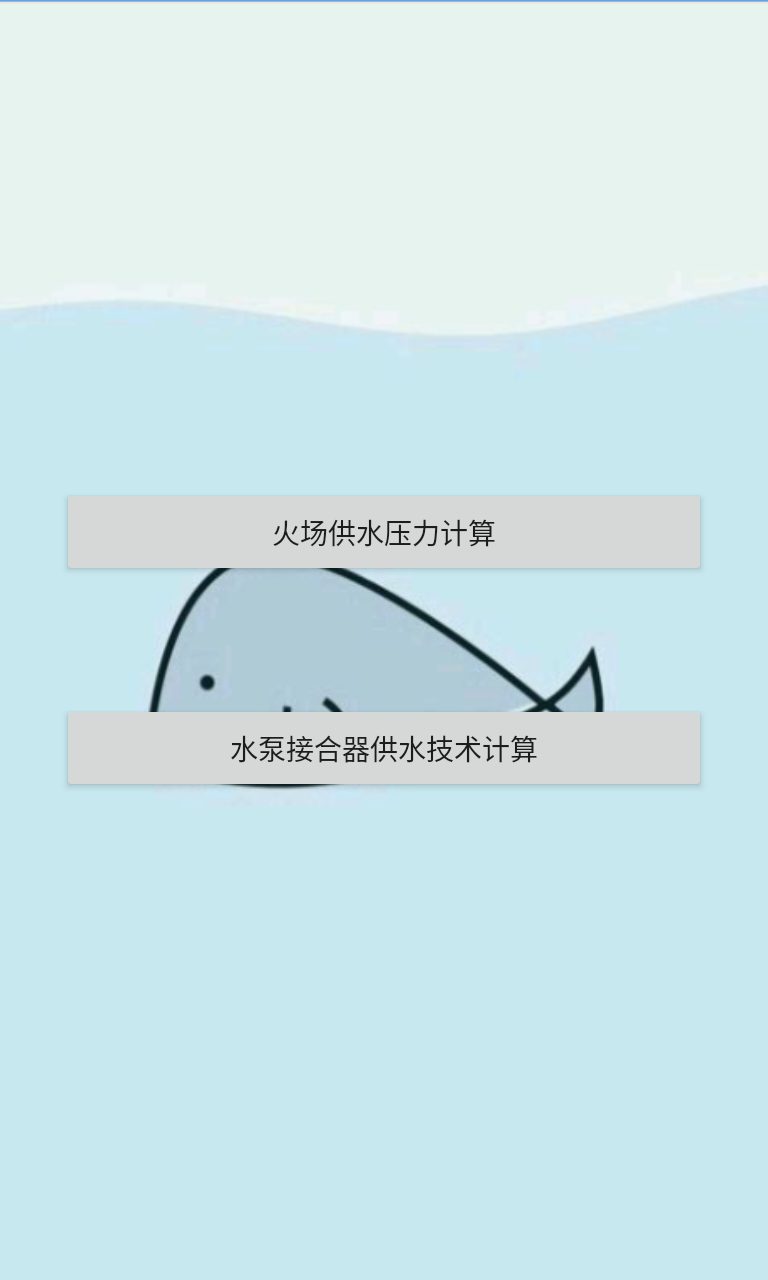
Repository: hohoTT/fireWork_handle_app
Layout: fireWork_handle_app/res/layout/water_power.xml
These files come from the project's save history. The layout is drawn as it stood at one moment and after the next save; the edit follows.
It is drawn on a 768 x 1280 px phone screen (xhdpi) without system bars, with theme AppTheme; the app's code is not run.

Above is the layout before, as saved 2016-03-06 11:56:02.

### fireWork_handle_app/res/layout/water_power.xml
<?xml version="1.0" encoding="utf-8"?>
<LinearLayout xmlns:android="http://schemas.android.com/apk/res/android"
    android:layout_width="match_parent"
    android:layout_height="match_parent"
    android:gravity="center_vertical"
    android:orientation="vertical"
    android:background="@drawable/bg1" >

	<Button
        android:id="@+id/btu_water_power_fire"
	    android:layout_width="match_parent"
	    android:layout_height="wrap_content"
	    android:layout_margin="30dp"
	    android:text="@string/water_power_fire" />

    <Button
        android:id="@+id/btu_water_power_pump"
	    android:layout_width="match_parent"
	    android:layout_height="wrap_content"
	    android:layout_margin="30dp"
	    android:text="@string/water_power_pump" />


</LinearLayout>

### fireWork_handle_app/res/values/strings.xml
<?xml version="1.0" encoding="utf-8"?>
<resources>

    <string name="app_name">fireWork_handle_app</string>
    <string name="fire_calculate">现场计算</string>
    <string name="fire_agent">火灾剂用量计算</string>
    <string name="fire_plan">火灾预案</string>
    <string name="normal_fire">一般火灾计算</string>
    <string name="normal_fire_result">一般火灾用水量计算结果</string>
    <string name="oilcan_fire">油罐火灾情况下的计算</string>
    <string name="olican_fire_water">冷却用水量计算</string>
    <string name="olican_fire_foam">泡沫用量计算</string>
    <string name="olican_fire_water_result">该油罐火灾用水量计算结果</string>
    <string name="oilcan_fire_foam_result">该油罐火灾泡沫用量计算结果</string>
    <string name="water_power">供水压力计算</string>
    <string name="water_power_fire">火场供水压力计算</string>
    <string name="water_power_pump">水泵接合器供水技术计算</string>
    <string name="water_power_fire_building">建筑火灾供水压力计算</string>
    <string name="water_power_fire_building_result">建筑火灾火场供水压力计算结果</string>
    <string name="water_power_fire_oilcan">油罐火灾供水压力计算</string>
    <string name="water_power_fire_oilcan_result">油罐火灾供水压力计算结果</string>
    <string name="water_power_pump_low">建高小于50米的供水压力计算</string>
    <string name="water_power_pump_low_result">建高小于50米的供水压力计算结果</string>
    <string name="water_power_pump_high">建高高于50米的供水压力计算</string>
    <string name="water_power_pump_high_result">建高高于50米的供水压力计算结果</string>


    <string name="btu_water_power">供水压力计算</string>
    <string name="btu_oilcan_fire">油罐火灾计算</string>
    <string name="fire_area">请输入过火面积</string>
    <string name="olican_diameter">请输入油罐直径</string>
    <string name="text_olican_type">请选择您需要计算的油罐类型:</string>
    <string name="olican_type_fixed">固定顶油罐</string>
    <string name="olican_type_drift">浮顶油罐</string>
    <string name="olican_fire_foam_area">请输入油罐的燃烧面积</string>
    <string name="olican_fire_foam_flow">请输入流量</string>
    <string name="water_power_fire_building_count_feeder">请输入一条干线支线的数量</string>
    <string name="water_power_fire_building_count_groundline_band">请输入一条干线水带数量</string>
    <string name="water_power_fire_building_count_feeder_band">请输入一条支线水带数量</string>
    <string name="water_power_fire_building_height">请输入高度差</string>

    <string name="water_power_fire_oilcan_count_feeder">请输入一条干线支线的数量</string>
    <string name="water_power_fire_oilcan_count_groundline_band">请输入一条干线水带数量</string>
    <string name="water_power_fire_oilcan_count_feeder_band">请输入一条支线水带数量</string>
    <string name="water_power_fire_oilcan_height">请输入高度差</string>
    <string name="water_power_pump_low_height">请输入建筑高度(小于50米)</string>
    <string name="water_power_pump_high_height">请输入建筑高度(大于50米)</string>



    <string name="text_water">一般火灾中每秒的用水量为 : </string>
    <string name="text_fire_time">10吨消防车可持续灭火的时间为 : </string>
    <string name="text_oilcan_fire_water">该油罐火灾中每秒的用水量为 : </string>
    <string name="text_oilcan_fire_foam_water">该油罐火灾中水的用量为 : </string>
    <string name="text_oilcan_fire_form_stoste">该油罐火灾中泡沫原液的用量为 : </string>
    <string name="text_water_power_fire_building_65">65mm水带建筑火灾的供水压力为 : </string>
    <string name="text_water_power_fire_building_80">80mm水带建筑火灾的供水压力为 : </string>
    <string name="text_water_power_fire_oilcan_65">65mm水带油罐火灾的供水压力为 : </string>
    <string name="text_water_power_fire_oilcan_80">80mm水带油罐火灾的供水压力为 :</string>
    <string name="test_water_power_pump_low_height">该建筑高度下的供水压力为 :</string>
    <string name="test_water_power_pump_high_height">该建筑高度下的供水压力为 :</string>


    <string name="btn_send">提交</string>

    <string name="hello_world">Hello world!</string>
    <string name="action_settings">Settings</string>





</resources>

### fireWork_handle_app/res/drawable/shape_one.xml
<?xml version="1.0" encoding="utf-8"?>
<shape
    xmlns:android="http://schemas.android.com/apk/res/android"

  android:shape="oval">

    <!-- 填充的颜色 -->

    <solid android:color="#EED5B7"/>

     <!-- 设置按钮的四个角为弧形 -->

     <!-- android:radius 弧形的半径 -->

     <corners android:radius="360dip"/>



     <!-- padding: Button 里面的文字与Button边界的间隔 -->

     <padding

        android:left="10dp"

        android:top="10dp"

        android:right="10dp"

        android:bottom="10dp"

     />

</shape>

Loaded but not shown: fireWork_handle_app/res/values/styles.xml (common file); fireWork_handle_app/res/values-v11/styles.xml (common file); fireWork_handle_app/res/values-v14/styles.xml (common file)

After the next save:
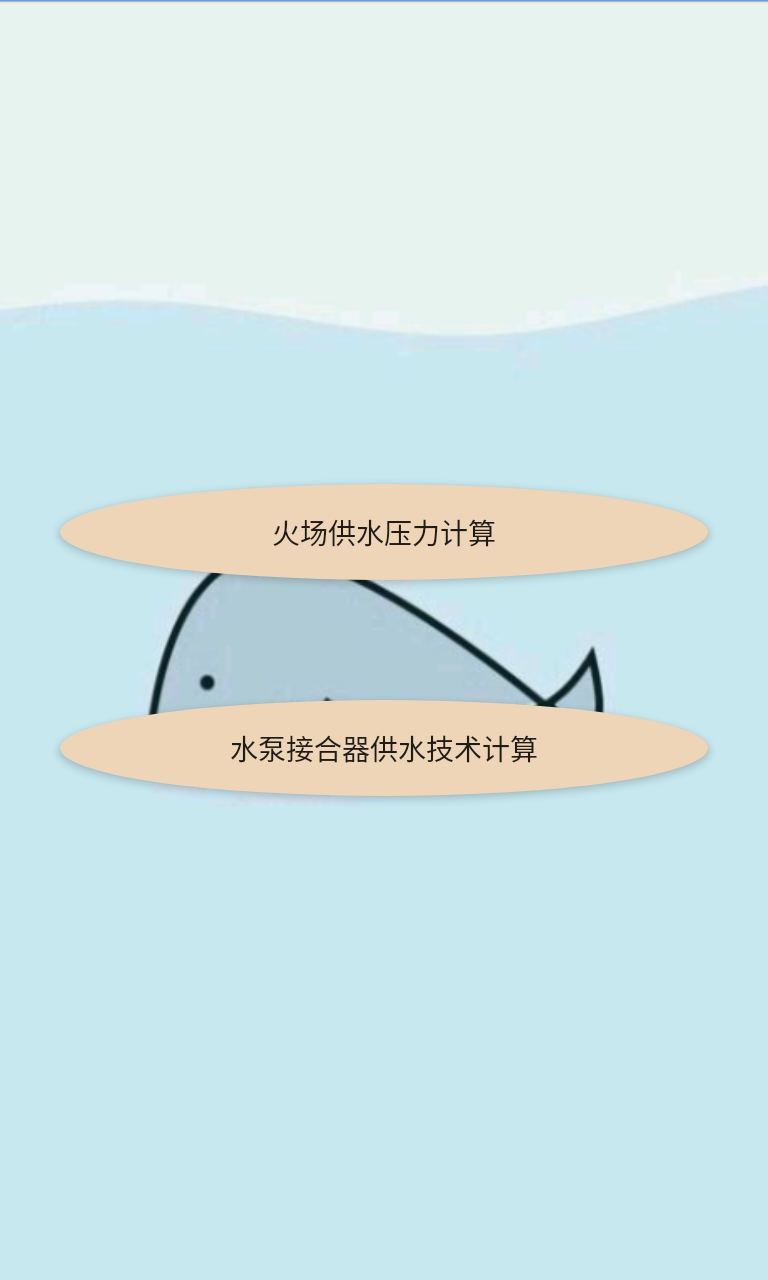
Saved 15 s later.
--- a/fireWork_handle_app/res/layout/water_power.xml
+++ b/fireWork_handle_app/res/layout/water_power.xml
@@ -11,14 +11,16 @@
 	    android:layout_width="match_parent"
 	    android:layout_height="wrap_content"
 	    android:layout_margin="30dp"
-	    android:text="@string/water_power_fire" />
+	    android:text="@string/water_power_fire"
+	    android:background="@drawable/shape_one" />
 
     <Button
         android:id="@+id/btu_water_power_pump"
 	    android:layout_width="match_parent"
 	    android:layout_height="wrap_content"
 	    android:layout_margin="30dp"
-	    android:text="@string/water_power_pump" />
+	    android:text="@string/water_power_pump"
+	    android:background="@drawable/shape_one" />
 
 
 </LinearLayout>
